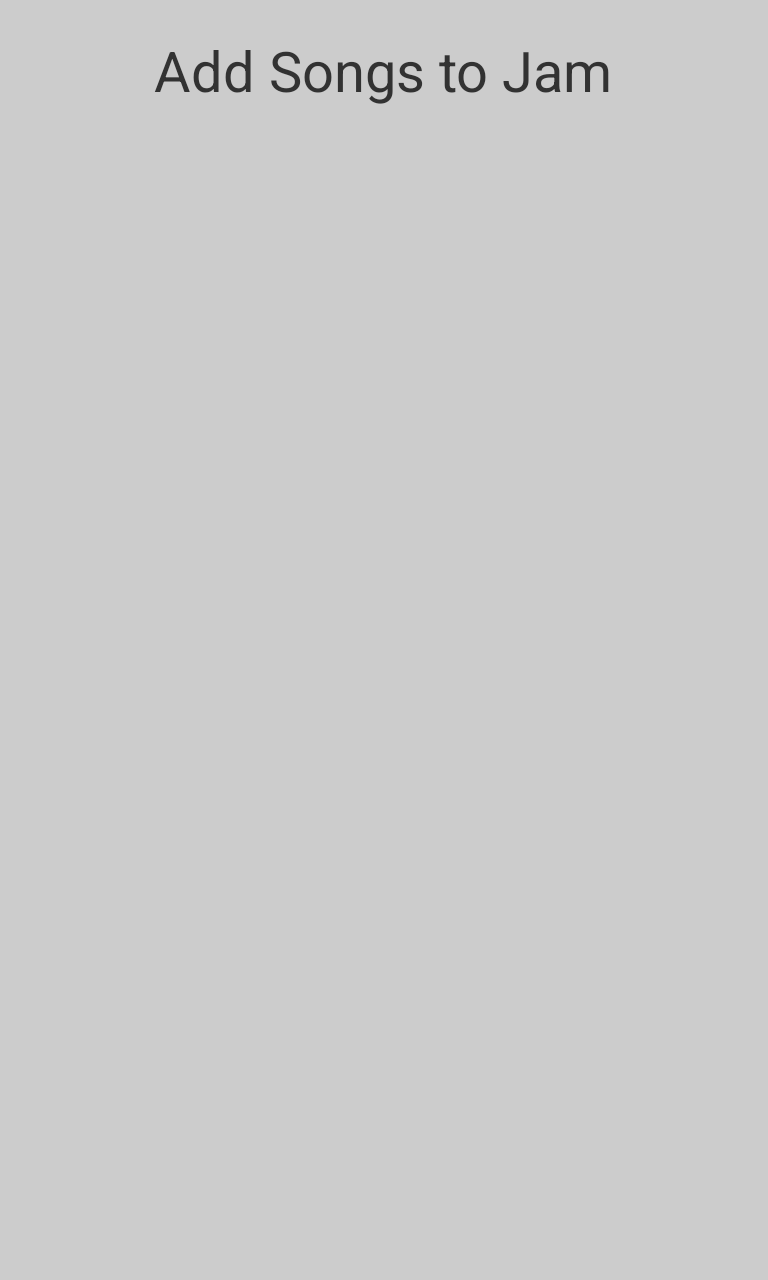
Repository: JayThomason/Tutti
Layout: tuttiUI/tuttiUI/res/layout/activity_new_jam.xml
An editor plug-in stored every save of this project. The layout is shown before and after the next save, followed by the edit.
It is drawn on a 768 x 1280 px phone screen (xhdpi) without system bars, with theme AppTheme; the app's code is not run. Lists and similar views that code fills are empty.

Above is the layout before, as saved 2014-03-09 07:02:17.

After the next save:
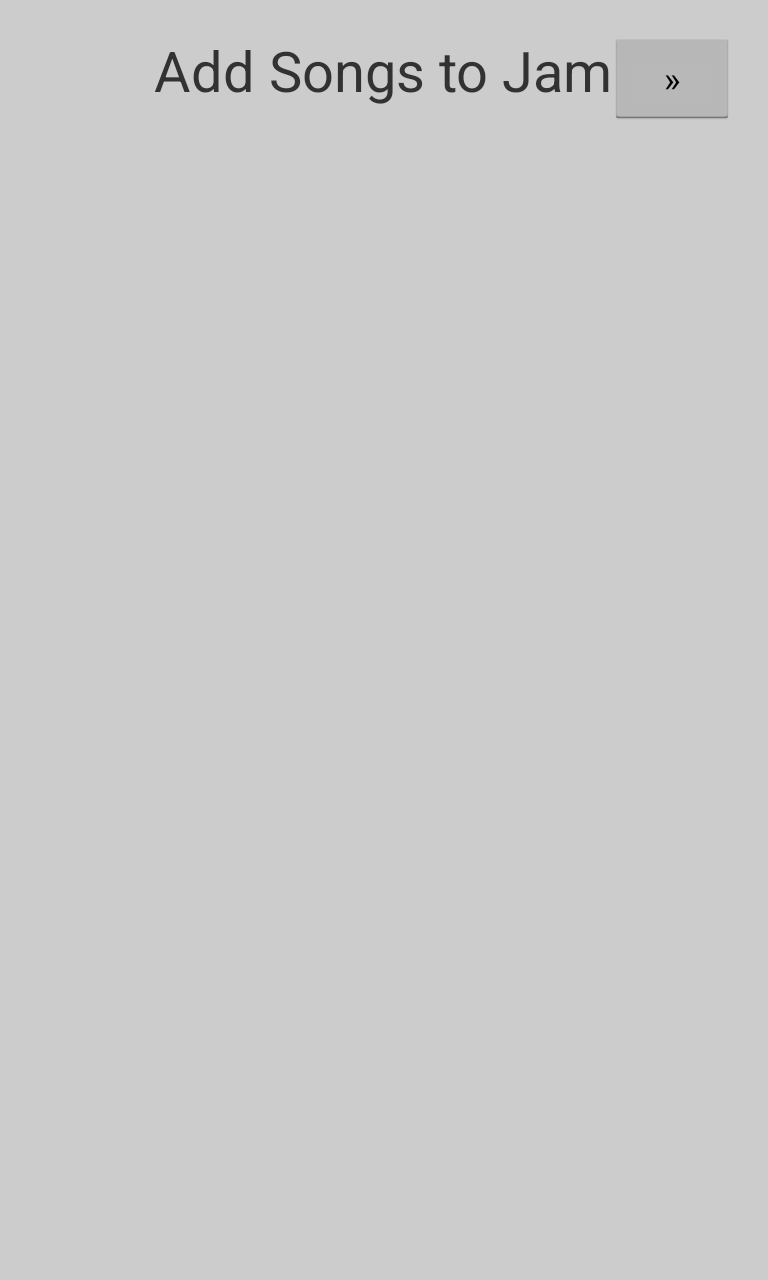
Saved 5 min 19 s later.
--- a/tuttiUI/tuttiUI/res/layout/activity_new_jam.xml
+++ b/tuttiUI/tuttiUI/res/layout/activity_new_jam.xml
@@ -26,5 +26,13 @@
         android:layout_below="@+id/textView1" >
     </ListView>
 
+    <Button
+        android:id="@+id/button1"
+        android:layout_width="wrap_content"
+        android:layout_height="wrap_content"
+        android:layout_alignBaseline="@+id/textView1"
+        android:layout_alignBottom="@+id/textView1"
+        android:layout_alignParentRight="true"
+        android:text="»" />
 
 </RelativeLayout>
